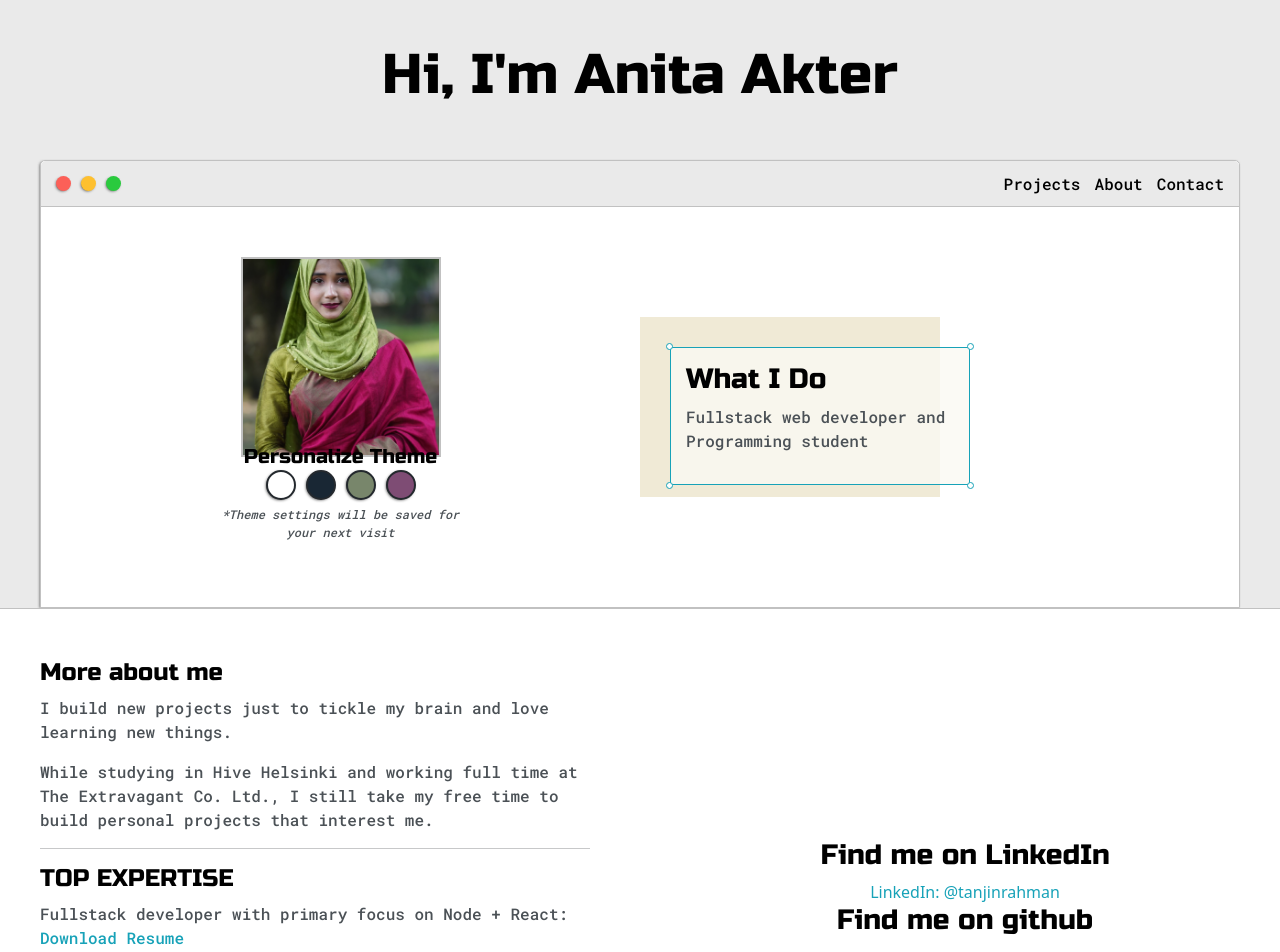
Repository: AnitaAkter/My_portfolio
Page: index.html
These files come from the project's save history. The page is drawn as it stood at one moment and after a run of saves; the edit follows.
The browser window is 1280 px wide. The pictures show the part of the page from y = 0 to 952 px (the page is 2716 px tall).

Above is the page before, as saved 2022-12-10 13:25:49.

### index.html
<!DOCTYPE html>
<html>

<head>
	<title>Anita Akter</title>

	<meta name="viewport" content="width=device-width, initial-scale=1, maximum-scale=1, minimum-scale=1" />

	<link href="https://fonts.googleapis.com/css2?family=Russo+One&display=swap" rel="stylesheet">

	<link href="https://fonts.googleapis.com/css2?family=Roboto+Mono:wght@500&family=Russo+One&display=swap"
		rel="stylesheet">

	<link href="https://cdn.jsdelivr.net/npm/bootstrap@5.0.0-beta1/dist/css/bootstrap.min.css" rel="stylesheet"
		integrity="sha384-giJF6kkoqNQ00vy+HMDP7azOuL0xtbfIcaT9wjKHr8RbDVddVHyTfAAsrekwKmP1" crossorigin="anonymous">

	<link rel="stylesheet" type="text/css" href="default.css">

	<link id="theme-style" rel="stylesheet" type="text/css" href="">
</head>

<body>

	<!-- Landing section -->

	<section class="s1">
		<div class="main-container">
			<div class="greeting-wrapper">
				<h1>Hi, I'm Anita Akter</h1>
			</div>

			<div class="intro-wrapper">
				<div class="nav-wrapper">

					<!-- Link around dots-wrapper added after tutorial video -->

					<a href="index.html">
						<div class="dots-wrapper">
							<div id="dot-1" class="browser-dot"></div>
							<div id="dot-2" class="browser-dot"></div>
							<div id="dot-3" class="browser-dot"></div>
						</div>
					</a>

					<ul id="navigation">
						<li><a href="index.html#portfolio">Projects</a></li>
						<li><a href="index.html#aboutme">About</a></li>
						<li><a href="index.html#contact">Contact</a></li>
					</ul>
				</div>

				<div class="left-column">
					<img id="profile_pic" src="images/img-2.jpg">
					<h5 style="text-align: center;line-height: 0;">Personalize Theme</h5>

					<div id="theme-options-wrapper">
						<div data-mode="light" id="light-mode" class="theme-dot"></div>
						<div data-mode="blue" id="blue-mode" class="theme-dot"></div>
						<div data-mode="green" id="green-mode" class="theme-dot"></div>
						<div data-mode="purple" id="purple-mode" class="theme-dot"></div>
					</div>

					<p id="settings-note">*Theme settings will be saved for<br>your next visit</p>
				</div>

				<div class="right-column">

					<div id="preview-shadow">
						<div id="preview">
							<div id="corner-tl" class="corner"></div>
							<div id="corner-tr" class="corner"></div>
							<h3>What I Do</h3>
							<p>Fullstack web developer and Programming student</p>
							<div id="corner-br" class="corner"></div>
							<div id="corner-bl" class="corner"></div>
						</div>
					</div>
				</div>
			</div>
		</div>
	</section>

	<!-- About me section -->

	<section class="s2">
		<div class="main-container" id="aboutme">

			<div class="about-wrapper">
				<div class="about-me">
					<h4>More about me</h4>

					<p>I build new projects just to tickle my brain and love learning new things.</p>
					<p>While studying in Hive Helsinki and working full time at The Extravagant Co. Ltd., I still take
						my free time to build personal projects that
						interest me.</p>

					<hr>

					<h4>TOP EXPERTISE</h4>

					<p>Fullstack developer with primary focus on Node + React: <a target="_blank"
							href="resume.pdf">Download Resume</a></p>

					<div id="skills">
						<ul>
							<li>JavaScript</li>
							<li>React</li>
							<li>Postgres</li>
							<li>MongoDB</li>
							<li>NodeJS</li>
							<li>Python</li>
							<li>MySql</li>
						</ul>

						<ul>
							<li>Firebase</li>
							<li>Heroku</li>
							<li>HTML/CSS</li>
							<li>Docker</li>
							<li>AWS</li>
							<li>Linux</li>
						</ul>

					</div>

				</div>

				<div class="social-links">
					<h3>Find me on LinkedIn</h3>
					<a target="_blank" href="https://www.linkedin.com/in/tanjinrahman">LinkedIn: @tanjinrahman</a>
					<h3>Find me on github</h3>
					<a target="_blank" href="https://github.com/tasmiarahmantanjin">GitHub: @tanjinrahman</a>
				</div>
			</div>

		</div>
	</section>

	<!-- project portfolio section starts Here -->

	<section class="s1">
		<div class="main-container" id="portfolio">
			<br>
			<h3 style="text-align: center;">Project Portfolio</h3>
			<br>
			<div class="post-wrapper">

				<!-- Project: 1 -->

				<div>
					<div class="post">
						<img class="thumbnail" src="images/netflix-clone.gif">
						<div class="post-preview">
							<h6 class="post-title">Netflix Clone</h6>
							<p class="post-intro">Hobby project with ReactJS, Redux, TMDB API, Firebase with Stripe
								extension.</p>
							<div class="btn-group d-flex" role="group">
								<a target="_blank" href="https://github.com/tasmiarahmantanjin/Netflix_Clone"
									class="sourceCode-btn w-100">Source Code</a>
								<a target="_blank" href="https://netflix-clone-12de9.web.app/"
									class="sourceCode-btn w-100">Live Demo</a>
							</div>
						</div>
					</div>
				</div>

				<!-- Project: 2 -->

				<div>
					<div class="post">
						<img class="thumbnail" src="images/github_finder.jpg">
						<div class="post-preview">
							<h6 class="post-title">GitHub Finder</h6>
							<p class="post-intro">Hobby project to create small web app to search github user using
								React, GitHub API, HTML & CSS.
							</p>
							<div class="btn-group d-flex" role="group">
								<a target="_blank" href="https://github.com/tasmiarahmantanjin/github-finder"
									class="sourceCode-btn w-100">Source
									Code</a>
							</div>
						</div>
					</div>
				</div>

				<!-- Project: 3 -->

				<div>
					<div class="post">
						<img class="thumbnail" src="images/camagru.webp">
						<div class="post-preview">
							<h6 class="post-title">Camagru</h6>
							<p class="post-intro">Instagram like full stack web application using HTML, CSS, Bootstrap,
								JavaScript, MySql, PHP.</p>
							<div class="btn-group d-flex" role="group">
								<a target="_blank" href="https://github.com/tasmiarahmantanjin/camagru"
									class="sourceCode-btn w-100">Source
									Code</a>
							</div>
						</div>
					</div>
				</div>

				<!-- Project: 4 -->

				<div>
					<div class="post">
						<img class="thumbnail" src="images/panda.gif">
						<div class="post-preview">
							<h6 class="post-title">Panda Commerce</h6>
							<p class="post-intro">Hobby project to create simple e-commerce website design with HTML,
								CSS & Bootstrap.</p>
							<div class="btn-group d-flex" role="group">
								<a target="_blank" href="https://github.com/tasmiarahmantanjin/panda-commerce"
									class="sourceCode-btn w-100">Source
									Code</a>
								<a target="_blank" href="https://tasmiarahmantanjin.github.io/panda-commerce/"
									class="sourceCode-btn w-100">Live Demo</a>
							</div>
						</div>
					</div>
				</div>

				<!-- Project: 5 -->

				<div>
					<div class="post">
						<img class="thumbnail" src="images/fillit.gif">
						<div class="post-preview">
							<h6 class="post-title">Fillit</h6>
							<p class="post-intro">Algorithms Practice - Fit tetrimino pieces into the smallest square
								possible using C.</p>
							<div class="btn-group d-flex" role="group">
								<a target="_blank" href="https://github.com/tasmiarahmantanjin/fillit"
									class="sourceCode-btn w-100">Source
									Code</a>
							</div>
						</div>
					</div>
				</div>

				<!-- Project detail: 4 -->

				<!-- <div>
					<div class="post">
						<img class="thumbnail" src="images/libft.gif">
						<div class="post-preview">
							<h6 class="post-title">Libft</h6>
							<p class="post-intro">Recoded 60+ standard library function and my own functions which I can use for my later on Hive Helsinki Projects.</p>
							<a target="_blank" href="https://github.com/tasmiarahmantanjin/libft">Source Code</a>
						</div>
					</div>
				</div> -->

				<!-- Project detail: 5 -->

				<!-- <div>
					<div class="post">
						<img class="thumbnail" src="images/roger.gif">
						<div class="post-preview">
							<h6 class="post-title">Roger Skyline 1</h6>
							<p class="post-intro">In Roger-skyline-1, I learned how to host and set up my own web server, how to install and manage several services and secure them against attacks.
							</p>
							<a target="_blank" href="https://github.com/tasmiarahmantanjin/roger_skyline_1">Source Code</a>
						</div>
					</div>
				</div> -->

				<!-- Project detail: 6 -->

				<div>
					<div class="post">
						<img class="thumbnail" src="images/docker.gif">
						<div class="post-preview">
							<h6 class="post-title">Docker-1
							</h6>
							<p class="post-intro">The aim of the Docker-1 project was to make you handle docker and
								docker-machine and dockerfile.
							</p>
							<div class="btn-group d-flex" role="group">
								<a target="_blank" href="https://github.com/tasmiarahmantanjin/docker-1"
									class="btn sourceCode-btn w-100">Source
									Code</a>
							</div>
						</div>
					</div>
				</div>
			</div>
		</div>
	</section>

	<!-- Project details section ends here -->

	<section class="s2">
		<div class="main-container">
			<a href=""></a>
			<br>
			<h3 style="text-align: center;">Get In Touch</h3>
			<br>
			<form id="contact-form">
				<a name="contact"></a>

				<label>Name</label>
				<input class="input-field" type="text" name="name">

				<label>Subject</label>
				<input class="input-field" type="text" name="subject">

				<label>Email</label>
				<input class="input-field" type="text" name="email">

				<label>Message</label>
				<textarea class="input-field" name="message"></textarea>

				<input id="submit-btn" type="submit" value="Send">
			</form>
		</div>
	</section>

	<script type="text/javascript" src="script.js"></script>
</body>

</html>

### default.css
:root{
	--mainColor:#eaeaea;
	--secondaryColor:#fff;

	--borderColor:#c1c1c1;

	--mainText:black;
	--secondaryText:#4b5156;

	--themeDotBorder:#24292e;

	--previewBg:rgb(251, 249, 243, 0.8);
	--previewShadow:#f0ead6;


	--buttonColor:black;


}


html, body{
	padding: 0;
	margin: 0;
	scroll-behavior: smooth;
}

body *{
	transition: 0.3s;
}


h1, h2, h3, h4, h5, h6, strong{
	color: var(--mainText);
	font-family: 'Russo One', sans-serif;
	font-weight: 500;
}

p, li, span, label, input, textarea{
	color: var(--secondaryText);
	font-family: 'Roboto Mono', monospace;
}

a{
	text-decoration: none;
	color:#17a2b8;
}

ul{
	list-style: none;
}

h1 { font-size: 56px;}
h2 { font-size: 36px;}
h3 { font-size: 28px;}
h4 { font-size: 24px;}
h5 { font-size: 20px;}
h6 { font-size: 16px;}


.s1{
	background-color: var(--mainColor);
	border-bottom:1px solid var(--borderColor);
	overflow:auto;
}

.s2{
	background-color: var(--secondaryColor);
	border-bottom:1px solid var(--borderColor);
	overflow:auto;
}




.main-container{
	width: 1200px;
	margin: 0 auto;
}


.greeting-wrapper{
	display: grid;
	text-align: center;
	align-content: center;
	min-height: 10em;

}

.intro-wrapper{
	background-color: var(--secondaryColor);
	border:1px solid var(--borderColor);
	border-radius:5px 5px 0 0;


	-webkit-box-shadow: -1px 1px 3px -1px rgba(0,0,0,0.75);
	-moz-box-shadow: -1px 1px 3px -1px rgba(0,0,0,0.75);
	box-shadow: -1px 1px 3px -1px rgba(0,0,0,0.75);

	display: grid;
	grid-template-columns: 1fr 1fr;
	grid-template-areas:
		'nav-wrapper nav-wrapper'
		'left-column right-column'
	;
}


.nav-wrapper{
	border-radius:5px 5px 0 0;
	grid-area:nav-wrapper;
	border-bottom: 1px solid var(--borderColor);
	display: flex;
	justify-content: space-between;
	align-items: center;
	background-color: var(--mainColor);
}

#navigation a{
	color:var(--mainText);
}


#navigation{
	margin:0;
	padding: 10px;
}

#navigation li{
	display: inline-block;
	margin-right: 5px;
	margin-left:5px;
}

.dots-wrapper{
	display: flex;
	padding: 10px;
}

#dot-1{
	background-color:  #FC6058;
}

#dot-2{
	background-color:  #FEC02F;
}

#dot-3{
	background-color:  #2ACA3E;
}

.browser-dot{
	background-color: black;
	height: 15px;
	width: 15px;
	border-radius: 50%;
	margin: 5px;

	-webkit-box-shadow: -1px 1px 3px -1px rgba(0,0,0,0.75);
	-moz-box-shadow: -1px 1px 3px -1px rgba(0,0,0,0.75);
	box-shadow: -1px 1px 3px -1px rgba(0,0,0,0.75);

}


.left-column{
	grid-area: left-column;
	padding-top:50px;
	padding-bottom: 50px;
}

#profile_pic{
	display: block;
	margin:0 auto;

	height: 200px;
	width: 200px;
	object-fit: cover;
	border:2px solid var(--borderColor);
}


#theme-options-wrapper{
	display: flex;
	justify-content: center;
}

.theme-dot{
	height: 30px;
	width: 30px;
	background-color: black;
	border-radius: 50%;

	margin: 5px;
	border:2px solid var(--themeDotBorder);

	-webkit-box-shadow: -1px 1px 3px -1px rgba(0,0,0,0.75);
	-moz-box-shadow: -1px 1px 3px -1px rgba(0,0,0,0.75);
	box-shadow: -1px 1px 3px -1px rgba(0,0,0,0.75);

	cursor: pointer;
}


.theme-dot:hover{
	border-width: 5px;
}


#light-mode{
	background-color: #fff;
}

#blue-mode{
	background-color: #192734;
}

#green-mode{
	background-color: #78866b;
}

#purple-mode{
	background-color: #7E4C74;
}

#settings-note{
	font-size: 12px;
	font-style: italic;
	text-align: center;
}

.right-column{
	grid-area: right-column;
	display: grid;
	align-content: center;

	padding-top: 50px;
	padding-bottom: 50px;
}


#preview-shadow{
	background-color: var(--previewShadow);
	max-width: 300px;
	height: 180px;
	padding-left: 30px;
	padding-top: 30px;
}

#preview{
	width: 300px;
	border:1.5px solid #17a2b8;
	background-color: var(--previewBg);
	padding:15px;
	position: relative;
}

.corner{
	width:7px;
	height: 7px;
	border-radius: 50%;
	border:1.5px solid #17a2b8;
	background-color: #fff;
	position: absolute;
}

#corner-tl{
	top:-5px;
	left: -5px
}

#corner-tr{
	top:-5px;
	right: -5px
}


#corner-br{
	bottom:-5px;
	right: -5px
}


#corner-bl{
	bottom:-5px;
	left: -5px
}

.about-wrapper{
	display: grid;
	grid-template-columns: repeat(auto-fit, minmax(320px, 1fr));
	padding-bottom: 50px;
	padding-top: 50px;
	gap:100px;
}


#skills{
	display: flex;
	justify-content: space-evenly;
	background-color: var(--previewShadow);
}

.social-links{
	display: grid;
	align-content: center;
	text-align: center;
}

#social_img{
	width: 100%;
}


.post-wrapper{
	display: grid;
	grid-template-columns: repeat(auto-fit, 320px);
	gap:20px;
	justify-content: center;
	padding-bottom: 50px;
}

.post{
	border:1px solid var(--borderColor);
	-webkit-box-shadow: -2px 7px 21px -9px rgba(0,0,0,0.75);
	-moz-box-shadow: -2px 7px 21px -9px rgba(0,0,0,0.75);
	box-shadow: -2px 7px 21px -9px rgba(0,0,0,0.75);
}

.thumbnail{
	display: block;
	width: 100%;
	height:180px;
	object-fit: cover;
}

.post-preview{
	background-color: #fff;
	padding:15px;
}

.post-title{
	color:black;
	margin: 0;
}

.post-intro{
	color:#4b5156;
	font-size: 14px;
}


#contact-form{
	display: block;
	max-width: 600px;
	margin: 0 auto;
	border: 1px solid var(--borderColor);
	padding: 15px;
	border-radius: 5px;
	background-color: var(--mainColor);
	margin-bottom: 50px;

}

#contact-form label{
	line-height: 2.7em;
}

#contact-form textarea{
	min-height: 100px;
	font-size: 14px;
}


.input-field{
	width: 100%;
	padding-top: 10px;
	padding-bottom:10px;
	background-color: var(--secondaryColor);
	border-radius: 5px;
	border:1px solid var(--borderColor);
	font-size: 14px;
}


#submit-btn{
	margin-top: 10px;
	width: 100%;
	padding-top: 10px;
	padding-bottom:10px;
	color: #fff;
	background-color: var(--buttonColor);
	border:none;
}


@media screen and (max-width: 1200px){
	.main-container{
		width: 95%;
	}
}

@media screen and (max-width: 800px){
	.intro-wrapper{
		grid-template-columns: 1fr;
		grid-template-areas:
			'nav-wrapper'
			'left-column'
			'right-column'
		;
	}

	.right-column{
		justify-content: center;
	}

}

@media screen and (max-width: 400px){
	#preview-shadow{
		max-width: 280px;
		height: 180px;
		padding-left: 10px;
		padding-top: 10px;
	}

	#preview{
		width: 280px;

	}

}

.sourceCode-btn{
	width: 100%;
	padding-top: 8px;
	padding-bottom:8px;
	color: #fff;
	background-color: var(--buttonColor);
	border:none;
	text-align: center;
	border-radius: 5px;
	margin: 5px;
}

### script.js
console.log('Its working')

let theme = localStorage.getItem('theme')

if(theme == null){
	setTheme('light')
}else{
	setTheme(theme)
}

let themeDots = document.getElementsByClassName('theme-dot')


for (var i=0; themeDots.length > i; i++){
	themeDots[i].addEventListener('click', function(){
		let mode = this.dataset.mode
		console.log('Option clicked:', mode)
		setTheme(mode)
	})
}

function setTheme(mode){
	if(mode == 'light'){
		document.getElementById('theme-style').href = 'default.css'
	}

	if(mode == 'blue'){
		document.getElementById('theme-style').href = 'blue.css'
	}

	if(mode == 'green'){
		document.getElementById('theme-style').href = 'green.css'
	}

	if(mode == 'purple'){
		document.getElementById('theme-style').href = 'purple.css'
	}

	localStorage.setItem('theme', mode)
}

After the next 2 saves:
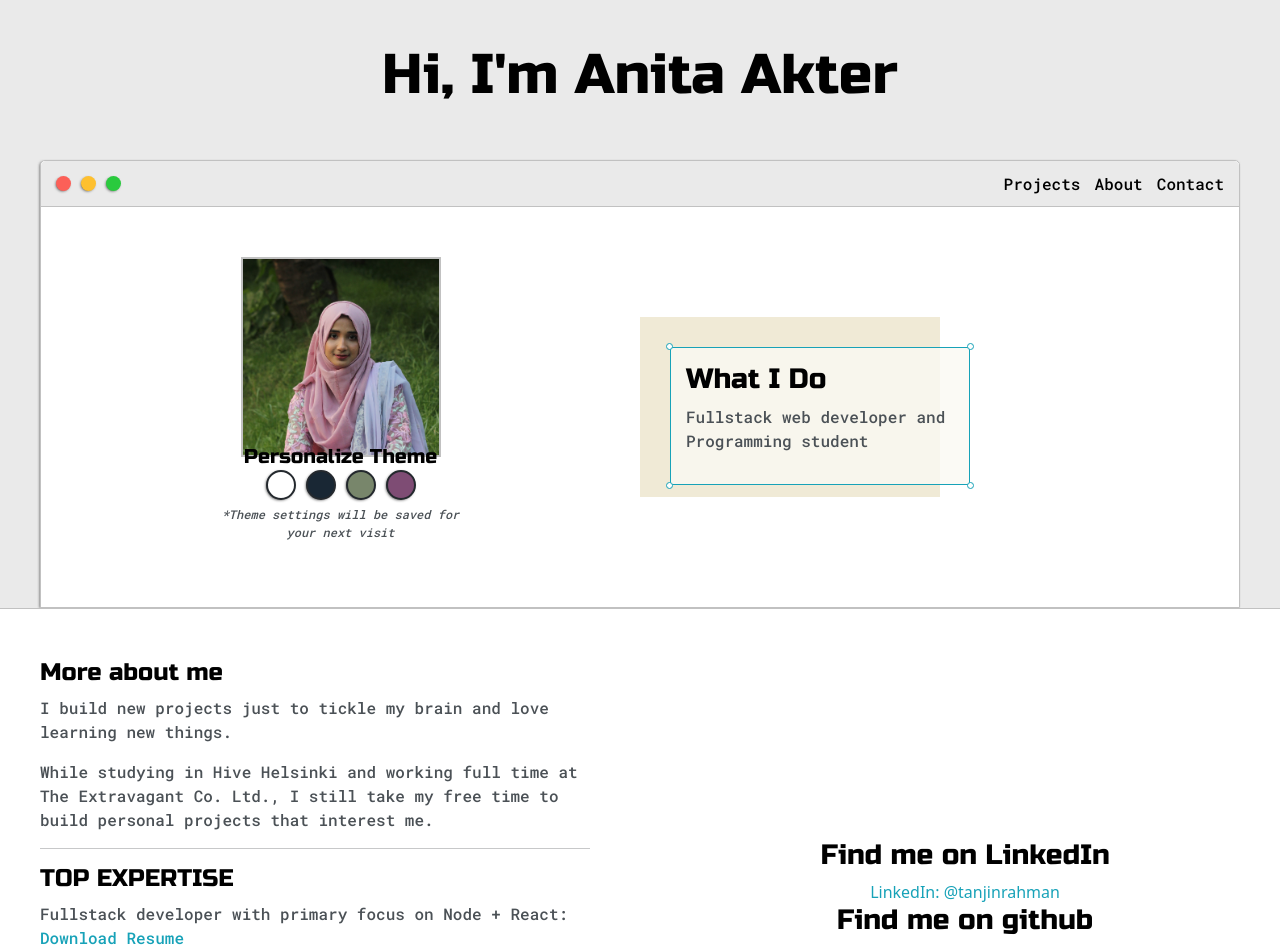
The 2 saves are shown as one change because they came seconds apart.
The last was saved 16 s later.
--- a/index.html
+++ b/index.html
@@ -50,7 +50,7 @@
 				</div>
 
 				<div class="left-column">
-					<img id="profile_pic" src="images/img-2.jpg">
+					<img id="profile_pic" src="images/img-1.jpg">
 					<h5 style="text-align: center;line-height: 0;">Personalize Theme</h5>
 
 					<div id="theme-options-wrapper">
